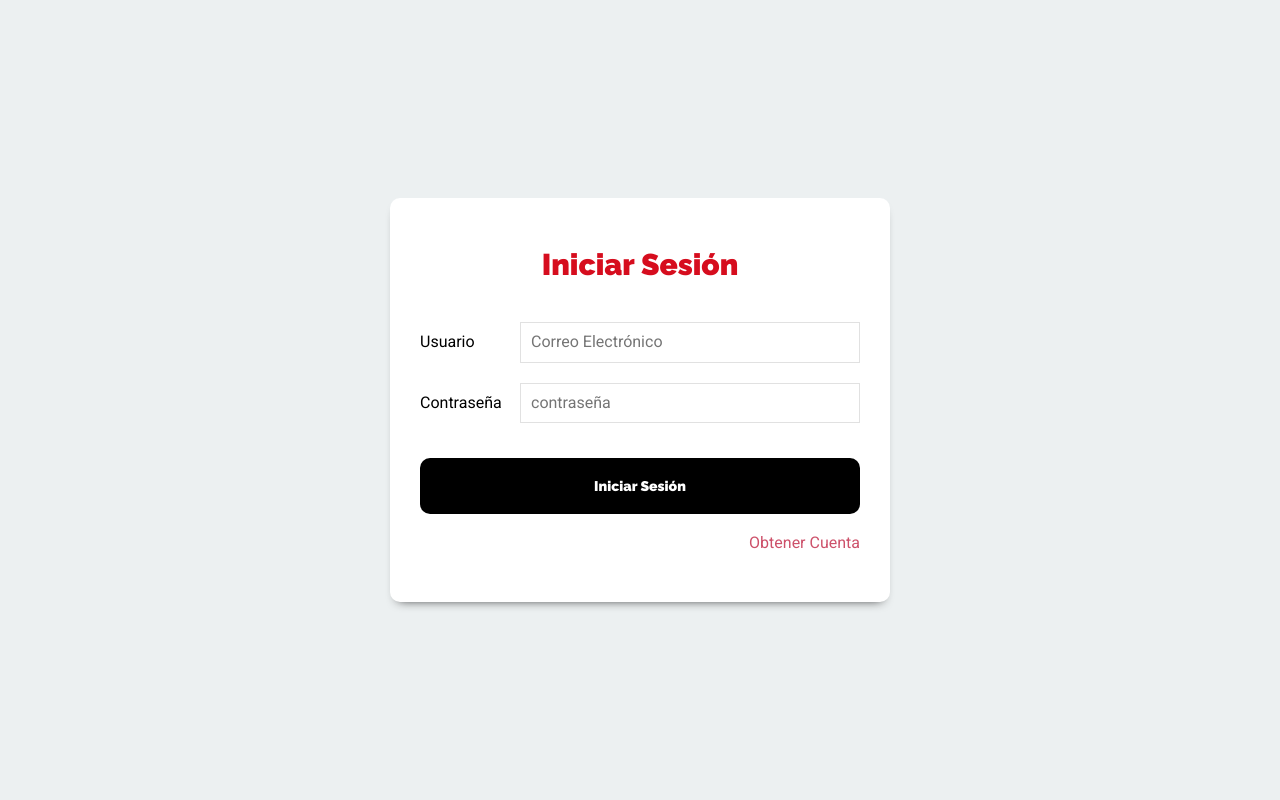
Repository: andrescovarrubias/admin-proyectos
Page: / (app in cliente/)
These files come from the project's save history. The page is drawn as it stood at one moment and after the next save; the edit follows.
The browser window is 1280 px wide. The pictures show the whole page.
The project was rebuilt for these pictures with package versions that can differ from the ones it lists, and the page was loaded fresh each time. Also part of the build but not shown: cliente/src/components/auth/NuevaCuenta.jsx, cliente/src/components/proyectos/NuevoProyecto.jsx, cliente/src/components/layout/SideBar.jsx, cliente/src/components/proyectos/Proyectos.jsx.

Above is the page before, as saved 2020-10-31 17:40:39.

After the next save:
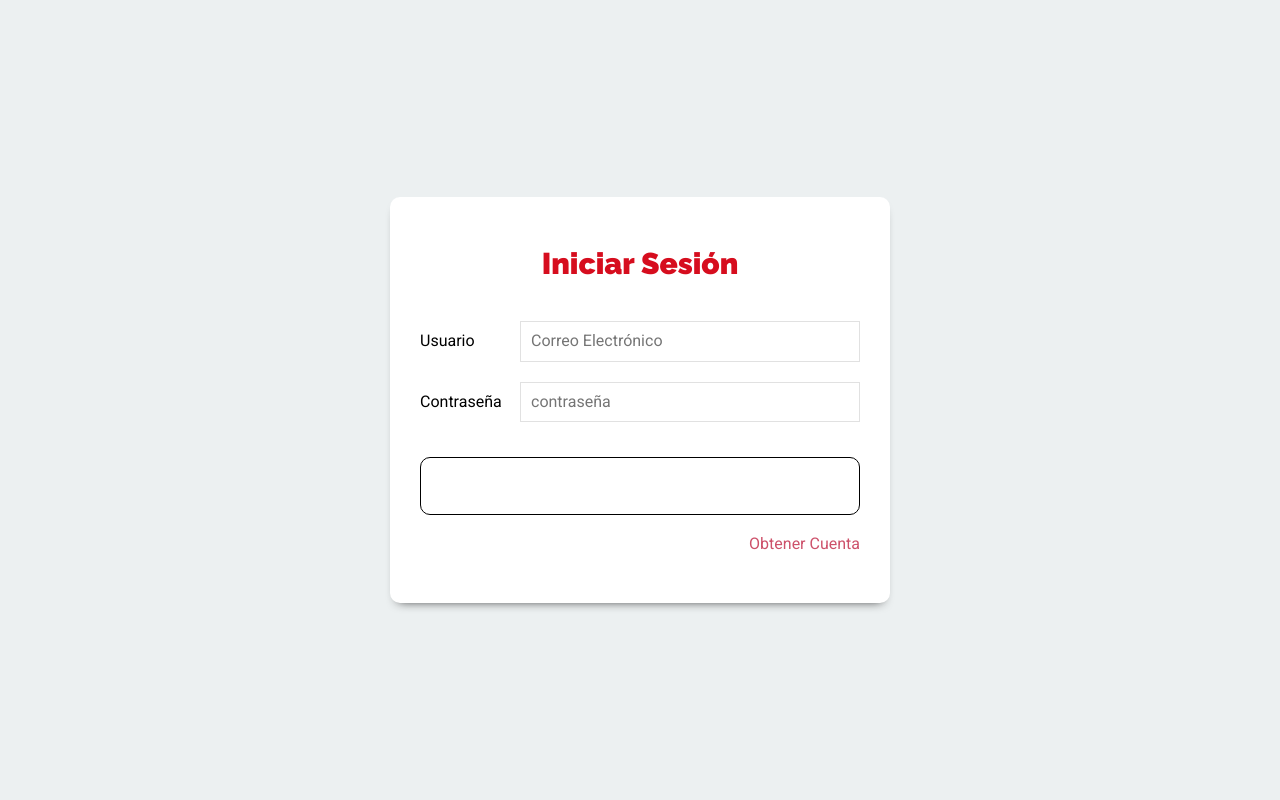
Saved 48 s later.
--- a/cliente/src/index.css
+++ b/cliente/src/index.css
@@ -66,14 +66,14 @@ a {
   font-size: 14px;
   font-weight: bold;
   border-radius: 10px;
-  border: none;
+  border: 0.5px solid black;
   transition: background-color 0.3s ease;
 }
 .btn:hover {
   cursor: pointer;
 }
 .btn-primario {
-  background-color: black;
+  background-color: var(--blanco);
   color: var(--blanco);
 }
 .btn-primario:hover {
